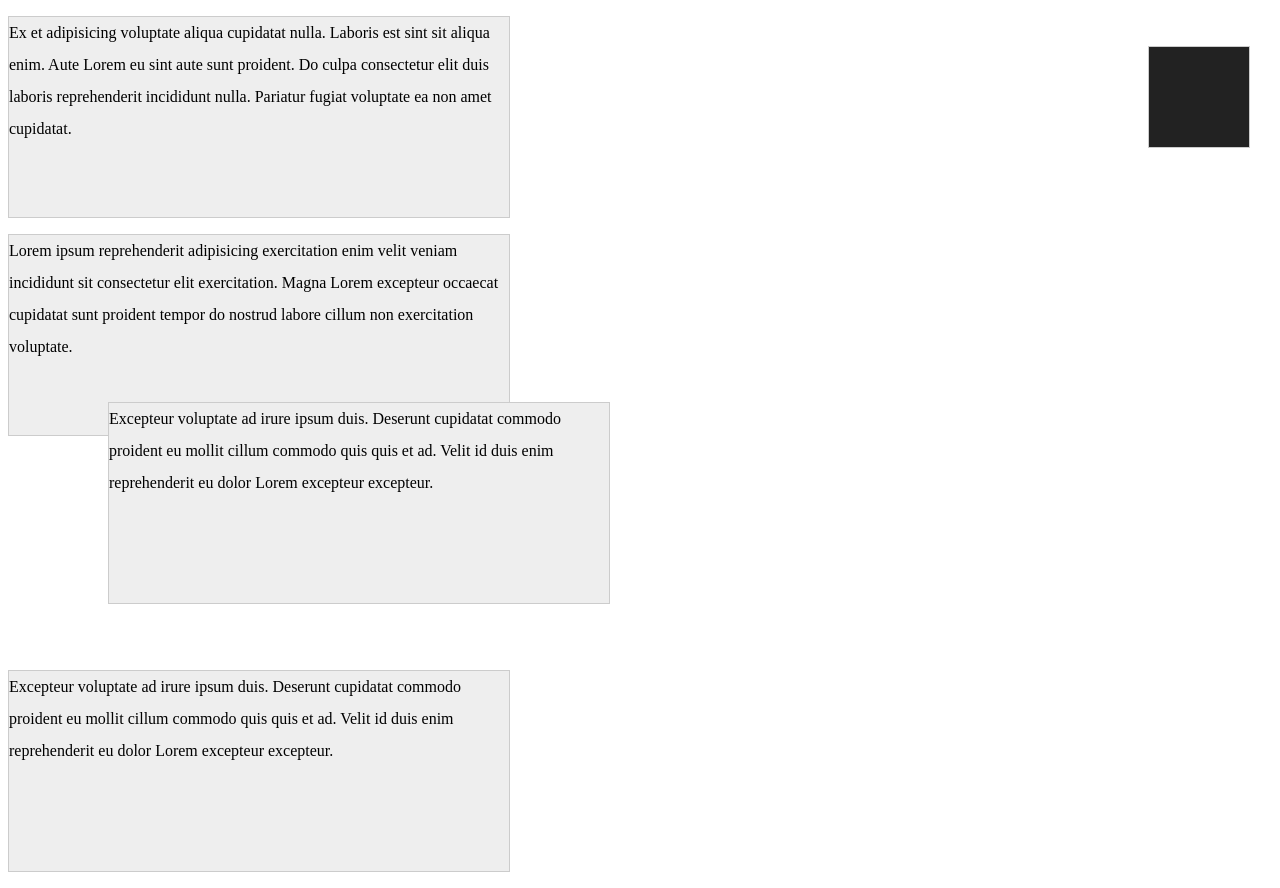
Repository: 753kg/753kg.github.io
Page: KOSTA/webProject/WebContent/doit/08/position-1.html
An editor plug-in stored every save of this project. The page is shown before and after the next save, followed by the edit.
The browser window is 1280 px wide. The pictures show the whole page.

Above is the page before, as saved 2021-04-01 03:14:57.

After the next save:
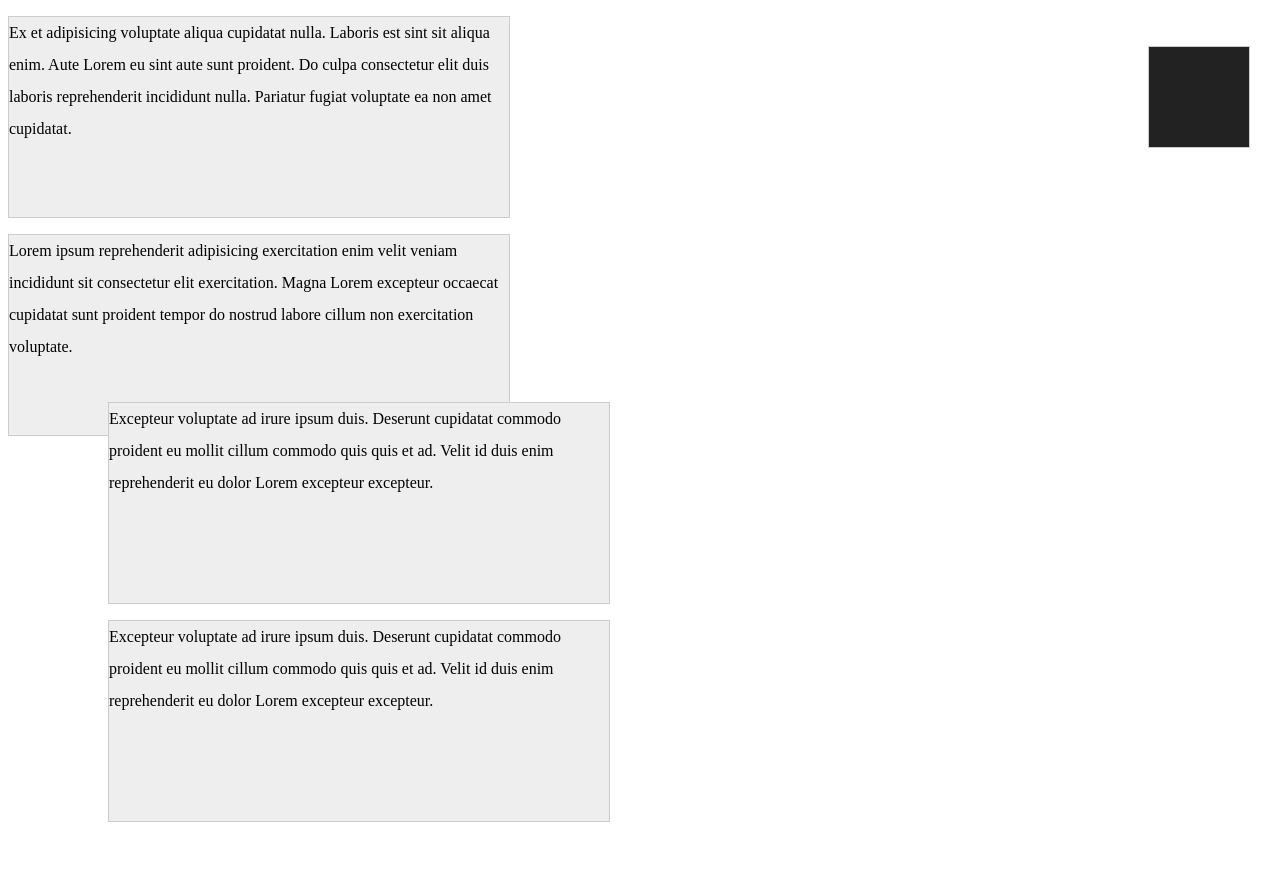
Saved 31 s later.
--- a/KOSTA/webProject/WebContent/doit/08/position-1.html
+++ b/KOSTA/webProject/WebContent/doit/08/position-1.html
@@ -24,6 +24,11 @@
       left:100px;  /* 왼쪽에서 100px 떨어지게 */
       top:-50px;   /* 위쪽에서 -50px 떨어지게 (위로 이동) */
     }
+    #relative-3 {
+      position:relative;   /* 포지셔닝 - relative */
+      left:100px;  /* 왼쪽에서 100px 떨어지게 */
+      top:-50px;   /* 위쪽에서 -50px 떨어지게 (위로 이동) */
+    }
     /* 브라우저 화면을 기준으로 고정 */
     #fixed {
       width:100px;
